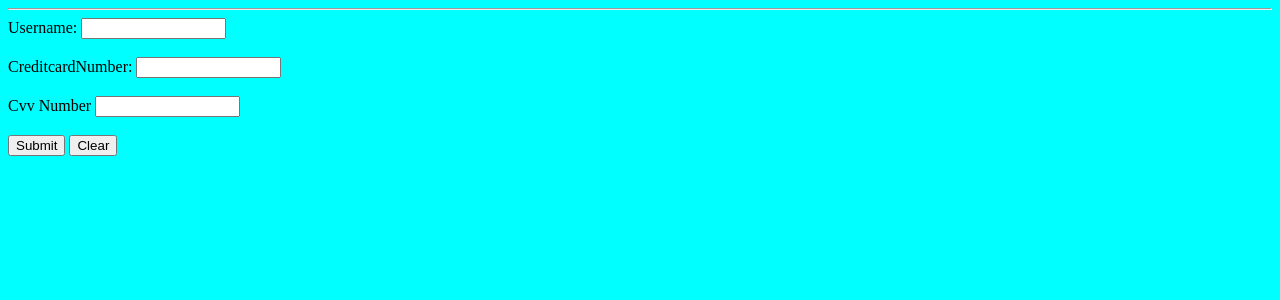
Repository: laikrish/day10
Page: CreditCard/WebContent/creditcard.html
These files come from the project's save history. The page is drawn as it stood at one moment and after the next save; the edit follows.
The browser window is 1280 px wide. The pictures show the whole page.

Above is the page before, as saved 2018-09-06 09:25:37.

After the next save:
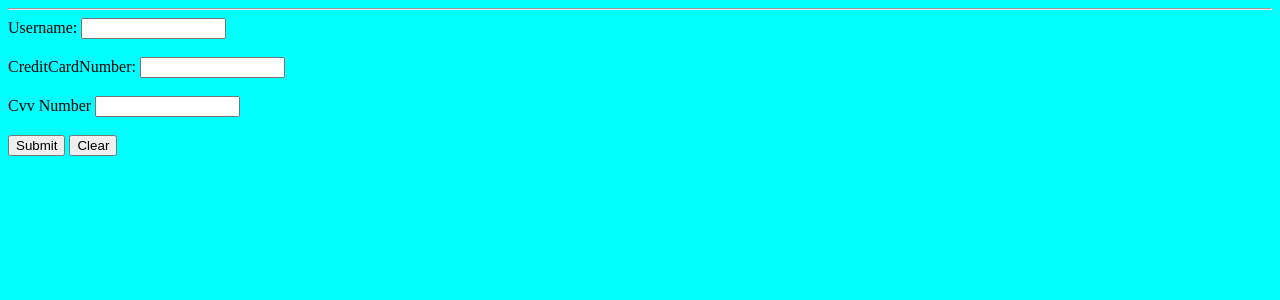
Saved 111 s later.
--- a/CreditCard/WebContent/creditcard.html
+++ b/CreditCard/WebContent/creditcard.html
@@ -11,7 +11,7 @@
 <input type ="text" name="username" size="15"/>
 <br><br>
 
-<label> CreditcardNumber: </label>
+<label> CreditCardNumber: </label>
 <input type ="text" name="creditcardnumber" size="15"/>
 <br><br>
 <label>Cvv Number </label>
